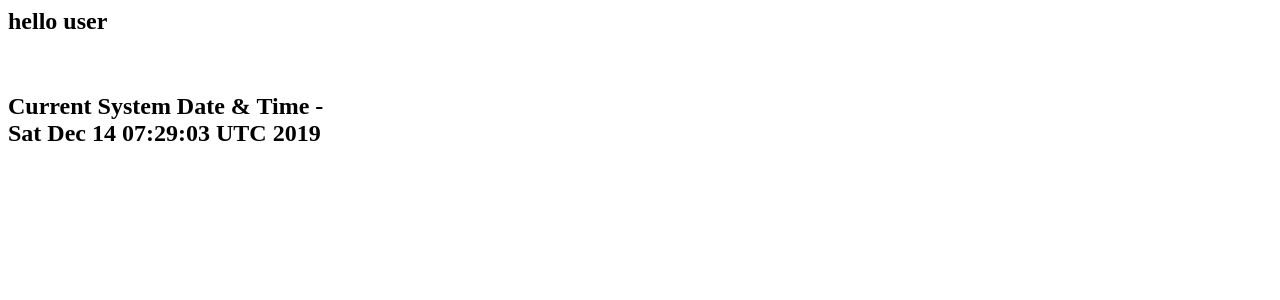
Repository: 81akshucaptain/TY_CG_HTD_BangloreNovember_JFS_AkahaykumarAgasanalli
Page: http://localhost/mywebapp/include
The author's editor kept a copy of each file at every save. The page is drawn from the files as they stood at one save, then again after the next save.
The browser window is 1280 px wide. The pictures show the whole page.
The page is served by Tomcat 9. Other server files are loaded and not shown.

Above is the page before, as saved 2019-12-16 10:22:03.

### Akshay-BACK end codes/Servlet/mywebapp/src/main/java/com/capgemini/mywebapp/servlets/IncludeServlet.java
package com.capgemini.mywebapp.servlets;

import java.io.IOException;
import java.io.PrintWriter;

import javax.servlet.RequestDispatcher;
import javax.servlet.ServletException;
import javax.servlet.annotation.WebServlet;
import javax.servlet.http.HttpServlet;
import javax.servlet.http.HttpServletRequest;
import javax.servlet.http.HttpServletResponse;
@WebServlet("/include")
public class IncludeServlet extends HttpServlet {
	@Override
	protected void doGet(HttpServletRequest req, HttpServletResponse resp) throws ServletException, IOException {
		String url="./currentDate";
		resp.setContentType("text/html");
		PrintWriter out=resp.getWriter();
		out.print("<html>");
		out.print("<body>");
		out.print("<h2>hello user</h2> <br> ");
		out.print("</body>");
		out.print("</html>");


		RequestDispatcher  dispatcher=req.getRequestDispatcher(url);
		dispatcher.include(req, resp);

	}
}

After the next save:
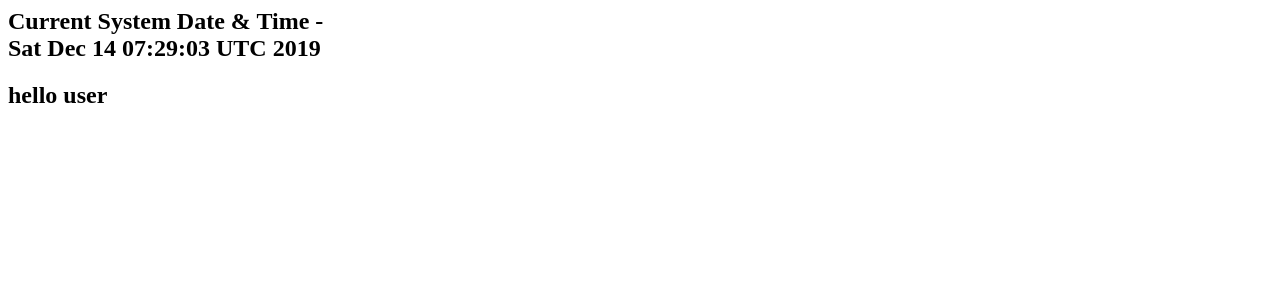
Saved 92 s later.
--- a/Akshay-BACK end codes/Servlet/mywebapp/src/main/java/com/capgemini/mywebapp/servlets/IncludeServlet.java
+++ b/Akshay-BACK end codes/Servlet/mywebapp/src/main/java/com/capgemini/mywebapp/servlets/IncludeServlet.java
@@ -14,6 +14,10 @@ public class IncludeServlet extends HttpServlet {
 	@Override
 	protected void doGet(HttpServletRequest req, HttpServletResponse resp) throws ServletException, IOException {
 		String url="./currentDate";
+
+		RequestDispatcher  dispatcher=req.getRequestDispatcher(url);
+		dispatcher.include(req, resp);
+
 		resp.setContentType("text/html");
 		PrintWriter out=resp.getWriter();
 		out.print("<html>");
@@ -23,8 +27,6 @@ public class IncludeServlet extends HttpServlet {
 		out.print("</html>");
 
 
-		RequestDispatcher  dispatcher=req.getRequestDispatcher(url);
-		dispatcher.include(req, resp);
 
 	}
 }
